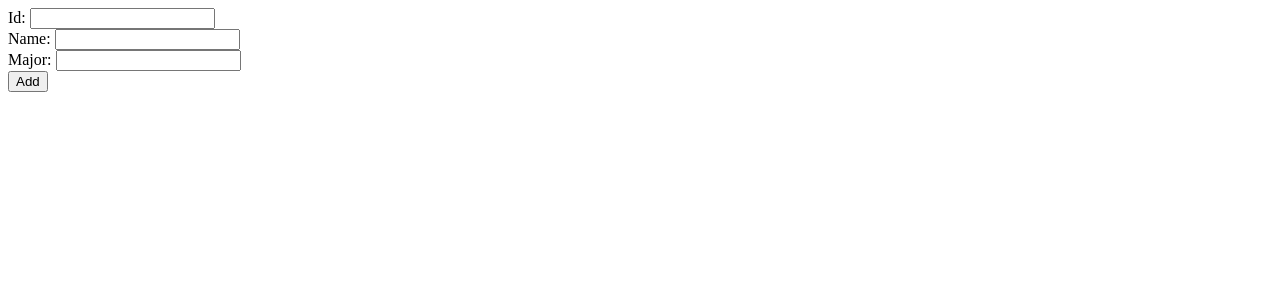
Repository: Peacepapi/1702Java
Page: jquery/WebContent/trainee.html
An editor plug-in stored every save of this project. The page is shown before and after the next save, followed by the edit.
The browser window is 1280 px wide. The pictures show the whole page.

Above is the page before, as saved 2017-03-08 15:07:11.

After the next save:
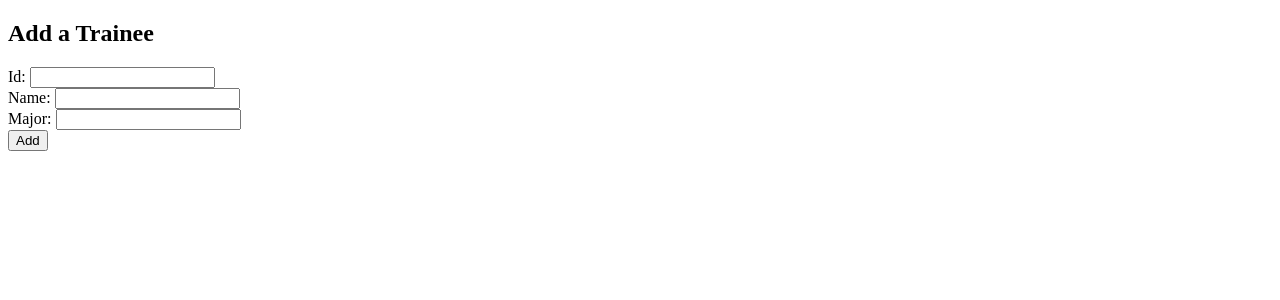
Saved 11 s later.
--- a/jquery/WebContent/trainee.html
+++ b/jquery/WebContent/trainee.html
@@ -6,6 +6,7 @@
 </head>
 <body>
 <form>
+<h2>Add a Trainee</h2>
 	Id: <input type="text" id="id"> <br/>
 	Name: <input type="text" id="name"> <br/>
 	Major: <input type="text" id="major"> <br/>
